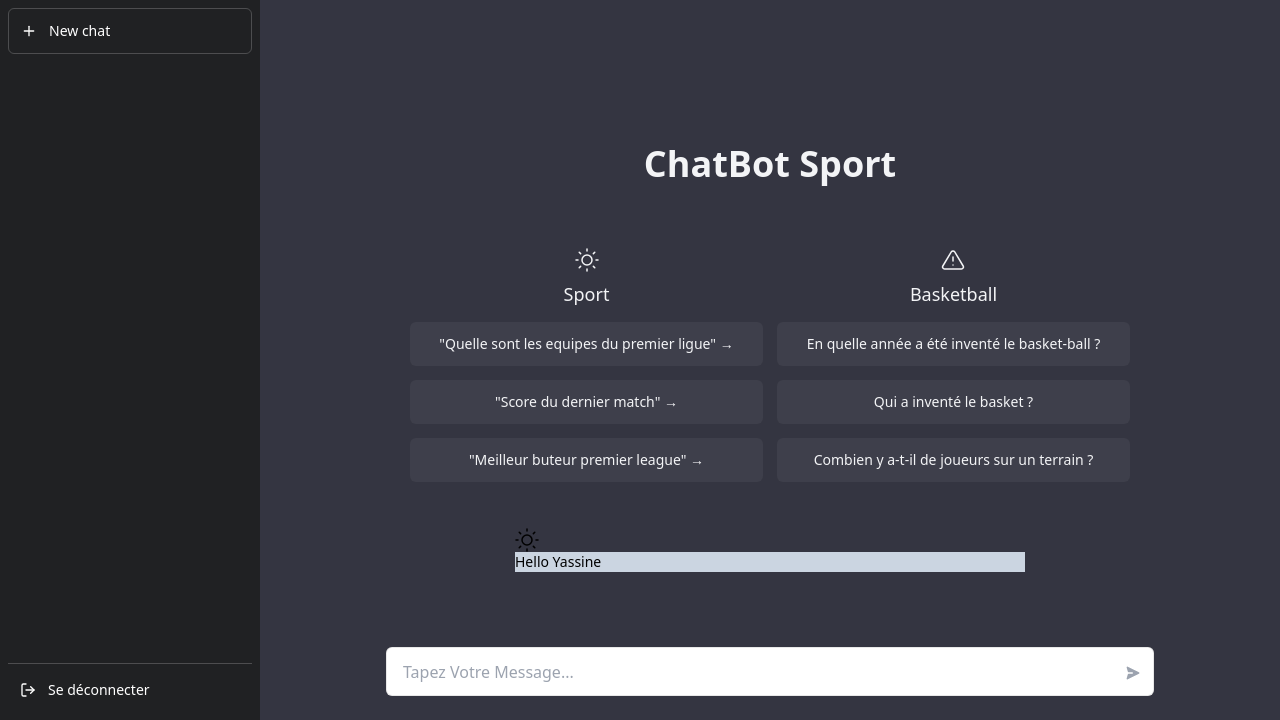
Repository: HaithemBenSlama/chatbot-front
Page: /, after clicking the first element matching `button.sc-gsFSXq`
The author's editor kept a copy of each file at every save. The page is drawn from the files as they stood at one save, then again after the next save.
The browser window is 1280 px wide. The pictures show the whole page.
The project was rebuilt for these pictures with package versions that can differ from the ones it lists, and the page was loaded fresh each time. Also part of the build but not shown: src/constants/svg/lightningChargeIcon.js, src/constants/svg/externalLinkIcon.js, src/constants/svg/discordIcon.js, src/constants/svg/menuIcon.js, src/Components/Login/form-input.css.

Above is the page before, as saved 2023-05-01 22:06:31.

### src/App.js
import React from 'react'
import { LeftSection, RightSection } from './Components/main'
import { useState } from "react"
import Login from './Components/Login/Login';

const App = () => {
  const [isLoggedIn, setIsLoggedIn] = useState(false);
  return (
    <div>
      {isLoggedIn ? (
        <>
        <LeftSection setIsLoggedIn={setIsLoggedIn}/>
        <RightSection/>
        </>
      ) : (
        <Login setIsLoggedIn={setIsLoggedIn}/>
      )}
    </div>
  )
      }
export default App

### src/Components/main/index.js
import LeftSection from "./LeftSection";
import RightSection from "./RightSection";
import Footer from "./Footer";

export {RightSection, LeftSection, Footer}

### src/Components/Login/Login.jsx
import React from "react";
import "./login.css";
import * as Components from './Components';
import   { useState } from 'react';
import { useCookies } from "react-cookie";
import FormInput from "./FormInput";

const Login = ({setIsLoggedIn}) => {
    const [token,setToken]=useCookies(["user-token"]);
    const [signIn, toggle] = React.useState(true);
    const [data, setData] = useState();

    const [values, setValues] = useState({
        username: "",
        password: "",
    });
    const onChange = (e) => {
            setValues({ ...values, [e.target.name]: e.target.value });
    };

    const [valuesCreate, setValuesCreate] = useState({
        username: "",
        city: "",
        email: "",
        password: "",
    });
    const onChangeCreate = (e) => {
        setValuesCreate({ ...valuesCreate, [e.target.name]: e.target.value });
    };
    const handleSubmit = (e) => {
        e.preventDefault();
    };

    const inputs = [
        {
        id: 1,
        name: "username",
        type: "text",
        placeholder: "Username",
        errorMessage:
            "Username should be 3-16 characters and shouldn't include any special character!",
        label: "Username",
        pattern: "^[A-Za-z0-9]{3,16}$",
        required: true,
        },
        {
        id: 2,
        name: "password",
        type: "password",
        placeholder: "Password",
        errorMessage:
            "Password should be 8-20 characters and include at least 1 letter and 1 number!",
        label: "Password",
        pattern: `^(?=.*[0-9])(?=.*[a-zA-Z])[a-zA-Z0-9!@#$%^&*]{8,20}$`,
        required: true,
        },
    ];

    const inputsCreate = [
        {
        id: 1,
        name: "username",
        type: "text",
        placeholder: "Username",
        errorMessage:
            "Username should be 3-16 characters and shouldn't include any special character!",
        label: "Username",
        pattern: "^[A-Za-z0-9]{3,16}$",
        required: true,
        },
        {
            id: 2,
            name: "city",
            type: "text",
            placeholder: "City",
            errorMessage:
                "City name should be 3-16 characters and shouldn't include any special character!",
            label: "City",
            pattern: "^[A-Za-z]{3,16}$",
            required: true,
            },
        {
        id: 3,
        name: "email",
        type: "email",
        placeholder: "Email",
        errorMessage: "It should be a valid email address!",
        label: "Email",
        required: true,
        },
        {
        id: 4,
        name: "password",
        type: "password",
        placeholder: "Password",
        errorMessage:
            "Password should be 8-20 characters and include at least 1 letter and 1 number!",
        label: "Password",
        pattern: `^(?=.*[0-9])(?=.*[a-zA-Z])[a-zA-Z0-9!@#$%^&*]{8,20}$`,
        required: true,
        },
    ];

    const submitLog = async (e) => {
        e.preventDefault()
        const user = {
            username: values.username,
            password: values.password
        };
        const response=await fetch('http://127.0.0.1:8000/user/verif_user_login/', {
            method: 'POST',
            headers: {
                'accept': '*/*',
                'Content-Type':'multipart/form-data; boundary=--------------------------499310528544182401120976',
            },
            body:JSON.stringify(user)
        })
        const responseJson=await response.json();
        setToken("user-token",responseJson.usertoken);
    };

    const submitCreate = async (e) => {

        e.preventDefault()
        const user = {
            username: valuesCreate.username,
            city: valuesCreate.city,
            email: valuesCreate.email,
            password: valuesCreate.password
        };
        const response=await fetch('http://127.0.0.1:8000/user/verif_user/', {
            method: 'POST',
            headers: {
                'accept': '*/*',
                'Content-Type':'multipart/form-data; boundary=--------------------------499310528544182401120976',
            },
            body:JSON.stringify(user)
        })
        const responseJson=await response.json();
        setToken("user-token",responseJson.usertoken);
    };


        return(
            <div className="comp_body"><h1 className="logTitle">ChatBot</h1>
                <Components.Container>
                    <Components.SignUpContainer signinIn={signIn}>
                        <Components.Form  onSubmit={handleSubmit} >
                            <Components.Title>Create Account</Components.Title>
                            {inputsCreate.map((input) => (
                                <FormInput
                                    key={input.id}
                                    {...input}
                                    value={valuesCreate[input.name]}
                                    onChange={onChangeCreate}
                                />
                                ))}
                            <Components.Button onClick={submitCreate}>Sign Up</Components.Button>
                        </Components.Form>
                    </Components.SignUpContainer>

                    <Components.SignInContainer signinIn={signIn}>
                        <Components.Form >
                            <Components.Title>Log in</Components.Title>
                            {inputs.map((input) => (
                                <FormInput
                                    key={input.id}
                                    {...input}
                                    value={values[input.name]}
                                    onChange={onChange}
                                />
                                ))}
                            <Components.Anchor href='#'>Forgot your password?</Components.Anchor>
                            <Components.Button onClick={()=>{setIsLoggedIn(true)}} >Sign In</Components.Button>
                        </Components.Form>
                    </Components.SignInContainer>

                    <Components.OverlayContainer signinIn={signIn}>
                    <Components.Overlay signinIn={signIn}>

                    <Components.LeftOverlayPanel signinIn={signIn}>
                        <Components.Title>Welcome Back!</Components.Title>
                        <Components.Paragraph>
                            To keep connected with us please login with your personal info
                        </Components.Paragraph>
                        <Components.GhostButton onClick={() => toggle(true)}>
                            Sign In
                        </Components.GhostButton>
                        </Components.LeftOverlayPanel>

                        <Components.RightOverlayPanel signinIn={signIn}>
                            <Components.Title>Hello, Friend!</Components.Title>
                            <Components.Paragraph>
                                Enter Your personal details and start journey with us
                            </Components.Paragraph>
                                <Components.GhostButton onClick={() => toggle(false)}>
                                    Sigin Up
                                </Components.GhostButton>
                        </Components.RightOverlayPanel>

                    </Components.Overlay>
                </Components.OverlayContainer>

            </Components.Container>
        </div>
        )
}

export default Login;

### src/Components/main/LeftSection/index.js
import React from "react";
import { LogOutIcon,PlusIcon,} from "../../../constants";

const LeftSection = ({ show = false }) => {
  return (
    <div
      className={`${show && " flex flex-col"} ${
        !show && "hidden"
      } bg-black md:fixed md:inset-y-0 md:flex md:w-[260px] md:flex-col`}
    >
      <div className="flex h-full min-h-0 flex-col ">
        <div className="scrollbar-trigger flex h-full w-full flex-1 items-start border-white/20">
          <nav className="flex h-full flex-1 flex-col space-y-1 p-2">
            <a className="flex py-3 px-3 items-center gap-3 rounded-md hover:bg-gray-500/10 transition-colors duration-200 text-white cursor-pointer text-sm mb-2 flex-shrink-0 border border-white/20">
              <PlusIcon />
              New chat
            </a>
            <div className="flex-col flex-1 overflow-y-auto border-b border-white/20">
              <div className="flex flex-col gap-2 text-gray-100 text-sm">
                {/*  */}
              </div>
            </div>
              <a
                className="flex py-3 px-3 items-center gap-3 rounded-md hover:bg-gray-500/10 transition-colors duration-200 text-white cursor-pointer text-sm"
                href="/Login"
              >
                <LogOutIcon/>
                Se déconnecter
              </a>
          </nav>
        </div>
      </div>
    </div>
  );
};

export default LeftSection;

### src/Components/main/RightSection/index.js
import { CautionIcon, LightningChargeIcon, SunIcon } from "../../../constants";
import Footer from "../Footer";

const RightSection = () => {
  return (
    <div className="flex h-full flex-1 flex-col md:pl-[260px]">
      <main className="relative h-full w-full transition-width flex flex-col overflow-hidden items-stretch flex-1">
        <div className="flex-1 overflow-hidden">
          <div className="flex flex-col items-center text-sm h-full md:h-screen bg-lightBlack">
            <div className="text-gray-800 w-full md:max-w-2xl lg:max-w-3xl md:h-full md:flex md:flex-col px-6">
              <h1 className="text-4xl text-gray-100 font-semibold text-center mt-6 sm:mt-[20vh] ml-auto mr-auto mb-10 sm:mb-16">
                ChatBot Sport
              </h1>
              <div className="md:flex items-start text-center gap-3.5">
                {[
                  {
                    icon: <SunIcon />,
                    title: "Sport",
                    subTitle: [
                      `"Quelle sont les equipes du premier ligue" →`,
                      `"Score du dernier match" →`,
                      `"Meilleur buteur premier league" →`,
                    ],
                    hover: true,
                  },
                  {
                    icon: <CautionIcon />,
                    title: "Basketball",
                    subTitle: [
                      `En quelle année a été inventé le basket-ball ?`,
                      `Qui a inventé le basket ?`,
                      `Combien y a-t-il de joueurs sur un terrain ?`,
                    ],
                    hover: false,
                  },
                ].map((item, index) => (
                  <div
                    className="flex flex-col mb-8 md:mb-auto gap-3.5 flex-1"
                    key={index}
                  >
                    <h2 className="flex gap-3 text-gray-100 items-center m-auto text-lg font-normal md:flex-col md:gap-2">
                      {item.icon}
                      {item.title}
                    </h2>
                    <ul className="flex flex-col gap-3.5 w-full sm:max-w-md m-auto">
                      {item.subTitle.map((subTitle, subTitleIndex) => (
                        <button
                          className={`w-full bg-gray-50 text-gray-100 bg-white/5 p-3 rounded-md ${
                            item.hover
                              ? "hover:bg-gray-200 dark:hover:bg-gray-900 cursor-pointer"
                              : "cursor-text"
                          }`}
                          key={subTitleIndex}
                        >
                          {subTitle}
                        </button>
                      ))}
                    </ul>
                  </div>
                ))}
              </div>
            </div>
            <div className="w-1/2 h-48 flex-shrink-0">
              <span><SunIcon/></span>
              <p className="bg-slate-300">Hello Yassine</p>
            </div>
          </div>
        </div>
        <Footer />
      </main>
    </div>
  );
};

export default RightSection;

### src/Components/main/Footer/index.js
import React from "react";
import { PlaneIcon, UserIcon } from "../../../constants";

const Footer = () => {
  return (
    <div className="absolute bottom-0 left-0 w-full border-t md:border-t-0 dark:border-white/20 md:border-transparent md:dark:border-transparent md:bg-vert-light-gradient bg-gray-800 md:!bg-transparent">
      <form className="mx-2 flex flex-row gap-3 pt-2 last:mb-2 md:last:mb-6 lg:mx-auto lg:max-w-3xl lg:pt-6">
        <div className="relative flex h-full flex-1 md:flex-col">
          <div className="ml-1 mt-1.5 md:w-full md:m-auto md:flex md:mb-2 gap-2 justify-center">
            <div className="text-gray-100 p-1 md:hidden">
              <UserIcon />
            </div>
          </div>
          {/* Input */}
          <div className="flex flex-col w-full py-2 pl-3 flex-grow md:py-3 md:pl-4 relative border border-black/10 bg-white dark:border-gray-900/50 dark:text-white rounded-md bg-[rgba(64,65,79,var(--tw-bg-opacity))]">
            <textarea
              tabIndex="0"
              data-id="root"
              rows="1"
              placeholder="Tapez Votre Message..."
              className="m-0 w-full resize-none border-0 bg-transparent p-0 pr-7 focus:ring-0 focus-visible:ring-0 dark:bg-transparent outline-none overflow-y-hidden h-[23px]"
            ></textarea>
            <button className="absolute p-1 rounded-md text-gray-400 bottom-1.5 right-1 md:bottom-2.5 md:right-2 hover:bg-black">
              <PlaneIcon />
            </button>
          </div>
        </div>
      </form>
    </div>
  );
};

export default Footer;

### src/Components/Login/login.css
* {
    box-sizing: border-box;
}

.comp_body {
    background: #f6f5f7;
    display: flex;
    justify-content: center;
    align-items: center;
    flex-direction: column;
    font-family: "Montserrat", sans-serif;
    height: 100vh;
    margin: -20px 0 50px;
}
.logTitle {
    font-size: 3rem;
    font-weight: 600;
    text-align: center;
    margin-bottom: 2rem;
    color: #038c7a;
    text-shadow: 2px 2px 0px #f2f2f2, -2px -2px 0px #f2f2f2, 2px -2px 0px #f2f2f2, -2px 2px 0px #f2f2f2;
    text-transform: uppercase;
    letter-spacing: 3px;
    line-height: 1;
    position: relative;
}
.logTitle:before{
    content: "";
    width: 100%;
    height: 1px;
    position: absolute;
    bottom: -0.5rem;
    left: 0;
    background-color: #5c5c5c;
}

### src/Components/Login/Components.js
import styled from 'styled-components';

export const Container = styled.div`
background-color: #fff;
border-radius: 10px;
box-shadow: 0 14px 28px rgba(0, 0, 0, 0.25), 0 10px 10px rgba(0, 0, 0, 0.22);
position: relative;
overflow: hidden;
width: 678px;
max-width: 100%;
min-height: 450px;
`;

export const SignUpContainer = styled.div`
position: absolute;
top: 0;
height: 100%;
transition: all 0.6s ease-in-out;
left: 0;
width: 50%;
opacity: 0;
z-index: 1;
${props => props.signinIn !== true ? `
    transform: translateX(100%);
    opacity: 1;
    z-index: 5;
`
: null}
`;


export const SignInContainer = styled.div`
position: absolute;
top: 0;
height: 100%;
transition: all 0.6s ease-in-out;
left: 0;
width: 50%;
z-index: 2;
${props => (props.signinIn !== true ? `transform: translateX(100%);` : null)}
`;

export const Form = styled.div`
background-color: #ffffff;
display: flex;
align-items: center;
justify-content: center;
flex-direction: column;
padding: 0 50px;
height: 100%;
text-align: center;
`;

export const Title = styled.h1`
font-weight: bold;
margin-bottom: 15px;
`;

export const Input = styled.input`
background-color: #eee;
border: none;
padding: 12px 15px;
margin: 8px 0;
width: 100%;
`;


export const Button = styled.button`
    border-radius: 20px;
    border: 1px solid #1775d2;
    background-color: #1775d2;
    color: #ffffff;
    font-size: 12px;
    font-weight: bold;
    padding: 12px 45px;
    letter-spacing: 1px;
    text-transform: uppercase;
    transition: transform 80ms ease-in;
    &:active{
        transform: scale(0.95);
    }
    &:focus {
        outline: none;
    }
`;
export const GhostButton = styled(Button)`
background-color: transparent;
border-color: #ffffff;
`;

export const Anchor = styled.a`
color: #333;
font-size: 14px;
text-decoration: none;
margin: 15px 0;
`;
export const OverlayContainer = styled.div`
position: absolute;
top: 0;
left: 50%;
width: 50%;
height: 100%;
overflow: hidden;
transition: transform 0.6s ease-in-out;
z-index: 100;
${props =>
props.signinIn !== true ? `transform: translateX(-100%);` : null}
`;

export const Overlay = styled.div`
background: #1775d2;
background: -webkit-linear-gradient(to right, #1775d2, #25b579);
background: linear-gradient(to right, #1775d2,#1775d2);
background-repeat: no-repeat;
background-size: cover;
background-position: 0 0;
color: #ffffff;
position: relative;
left: -100%;
height: 100%;
width: 200%;
transform: translateX(0);
transition: transform 0.6s ease-in-out;
${props => (props.signinIn !== true ? `transform: translateX(50%);` : null)}
`;

export const OverlayPanel = styled.div`
    position: absolute;
    display: flex;
    align-items: center;
    justify-content: center;
    flex-direction: column;
    padding: 0 40px;
    text-align: center;
    top: 0;
    height: 100%;
    width: 50%;
    transform: translateX(0);
    transition: transform 0.6s ease-in-out;
`;

export const LeftOverlayPanel = styled(OverlayPanel)`
transform: translateX(-20%);
${props => props.signinIn !== true ? `transform: translateX(0);` : null}
`;

export const RightOverlayPanel = styled(OverlayPanel)`
    right: 0;
    transform: translateX(0);
    ${props => props.signinIn !== true ? `transform: translateX(20%);` : null}
`;

export const Paragraph = styled.p`
font-size: 14px;
font-weight: 100;
line-height: 20px;
letter-spacing: 0.5px;
margin: 20px 0 30px
`;

### src/Components/Login/FormInput.jsx
import { useState } from "react";
import "./form-input.css";

const FormInput = (props) => {
const [focused, setFocused] = useState(false);
const { label, errorMessage, onChange, id, ...inputProps } = props;

const handleFocus = (e) => {
    setFocused(true);
};

return (
    <div className="formInput">
    <input className="inputAuth"
        {...inputProps}
        onChange={onChange}
        onBlur={handleFocus}
        onFocus={() =>
        inputProps.name === "confirmPassword" && setFocused(true)
        }
        focused={focused.toString()}
    />
    <span className="spanAuth">{errorMessage}</span>
    </div>
);
};

export default FormInput;

### src/constants/index.js
import SunIcon from "./svg/sunIcon";
import LightningChargeIcon from "./svg/lightningChargeIcon";
import CautionIcon from "./svg/cautionIcon";
import PlaneIcon from "./svg/planeIcon";
import PlusIcon from "./svg/plusIcon";
import ExternalLinkIcon from "./svg/externalLinkIcon";
import DiscordIcon from "./svg/discordIcon";
import LogOutIcon from "./svg/logOutIcon";
import MenuIcon from "./svg/menuIcon";
import UserIcon from "./svg/userIcon";

export {
  SunIcon,
  LightningChargeIcon,
  CautionIcon,
  PlaneIcon,
  PlusIcon,
  DiscordIcon,
  ExternalLinkIcon,
  LogOutIcon,
  MenuIcon,
  UserIcon,
};

### src/constants/svg/sunIcon.js
import React from "react";

const SunIcon = ({ className = "h-6 w-6", strokeWidth = "1.5" }) => {
  return (
    <svg
      stroke="currentColor"
      fill="none"
      strokeWidth={strokeWidth}
      viewBox="0 0 24 24"
      strokeLinecap="round"
      strokeLinejoin="round"
      className={className}
      height="1em"
      width="1em"
      xmlns="http://www.w3.org/2000/svg"
    >
      <circle cx="12" cy="12" r="5"></circle>
      <line x1="12" y1="1" x2="12" y2="3"></line>
      <line x1="12" y1="21" x2="12" y2="23"></line>
      <line x1="4.22" y1="4.22" x2="5.64" y2="5.64"></line>
      <line x1="18.36" y1="18.36" x2="19.78" y2="19.78"></line>
      <line x1="1" y1="12" x2="3" y2="12"></line>
      <line x1="21" y1="12" x2="23" y2="12"></line>
      <line x1="4.22" y1="19.78" x2="5.64" y2="18.36"></line>
      <line x1="18.36" y1="5.64" x2="19.78" y2="4.22"></line>
    </svg>
  );
};

export default SunIcon;

### src/constants/svg/cautionIcon.js
import React from "react";

const CautionIcon = () => {
  return (
    <svg
      stroke="currentColor"
      fill="none"
      strokeWidth="1.5"
      viewBox="0 0 24 24"
      strokeLinecap="round"
      strokeLinejoin="round"
      className="h-6 w-6"
      height="1em"
      width="1em"
      xmlns="http://www.w3.org/2000/svg"
    >
      <path d="M10.29 3.86L1.82 18a2 2 0 0 0 1.71 3h16.94a2 2 0 0 0 1.71-3L13.71 3.86a2 2 0 0 0-3.42 0z"></path>
      <line x1="12" y1="9" x2="12" y2="13"></line>
      <line x1="12" y1="17" x2="12.01" y2="17"></line>
    </svg>
  );
};

export default CautionIcon;

### src/constants/svg/planeIcon.js
import React from "react";

const PlaneIcon = () => {
  return (
    <svg
      stroke="currentColor"
      fill="currentColor"
      strokeWidth="0"
      viewBox="0 0 20 20"
      className="h-4 w-4 rotate-90"
      height="1em"
      width="1em"
      xmlns="http://www.w3.org/2000/svg"
    >
      <path d="M10.894 2.553a1 1 0 00-1.788 0l-7 14a1 1 0 001.169 1.409l5-1.429A1 1 0 009 15.571V11a1 1 0 112 0v4.571a1 1 0 00.725.962l5 1.428a1 1 0 001.17-1.408l-7-14z"></path>
    </svg>
  );
};

export default PlaneIcon;

### src/constants/svg/plusIcon.js
import React from "react";

const PlusIcon = ({ className = "h-4 w-4" }) => {
  return (
    <svg
      stroke="currentColor"
      fill="none"
      strokeWidth="2"
      viewBox="0 0 24 24"
      strokeLinecap="round"
      strokeLinejoin="round"
      className={className}
      height="1em"
      width="1em"
      xmlns="http://www.w3.org/2000/svg"
    >
      <line x1="12" y1="5" x2="12" y2="19"></line>
      <line x1="5" y1="12" x2="19" y2="12"></line>
    </svg>
  );
};

export default PlusIcon;

### src/constants/svg/logOutIcon.js
import React from "react";

const LogOutIcon = () => {
  return (
    <svg
      stroke="currentColor"
      fill="none"
      strokeWidth="2"
      viewBox="0 0 24 24"
      strokeLinecap="round"
      strokeLinejoin="round"
      className="h-4 w-4"
      height="1em"
      width="1em"
      xmlns="http://www.w3.org/2000/svg"
    >
      <path d="M9 21H5a2 2 0 0 1-2-2V5a2 2 0 0 1 2-2h4"></path>
      <polyline points="16 17 21 12 16 7"></polyline>
      <line x1="21" y1="12" x2="9" y2="12"></line>
    </svg>
  );
};

export default LogOutIcon;

### src/constants/svg/userIcon.js
import React from "react";

const UserIcon = () => {
  return (
    <svg
      xmlns="http://www.w3.org/2000/svg"
      fill="none"
      viewBox="0 0 24 24"
      strokeWidth={1.5}
      stroke="currentColor"
      className="w-6 h-6"
    >
      <path
        strokeLinecap="round"
        strokeLinejoin="round"
        d="M15.75 6a3.75 3.75 0 11-7.5 0 3.75 3.75 0 017.5 0zM4.501 20.118a7.5 7.5 0 0114.998 0A17.933 17.933 0 0112 21.75c-2.676 0-5.216-.584-7.499-1.632z"
      />
    </svg>
  );
};

export default UserIcon;

### tailwind.config.js
/** @type {import('tailwindcss').Config} */
module.exports = {
  content: ["./src/**/*.{js,jsx,ts,tsx}"],
  theme: {
    extend: {
      colors: {
        black: "#202123",
        lightBlack: "#343541",
      },
    },
  },
  plugins: [],
};

Loaded but not shown: public/index.html (common file); src/index.js (common file); src/index.css (common file)

After the next save:
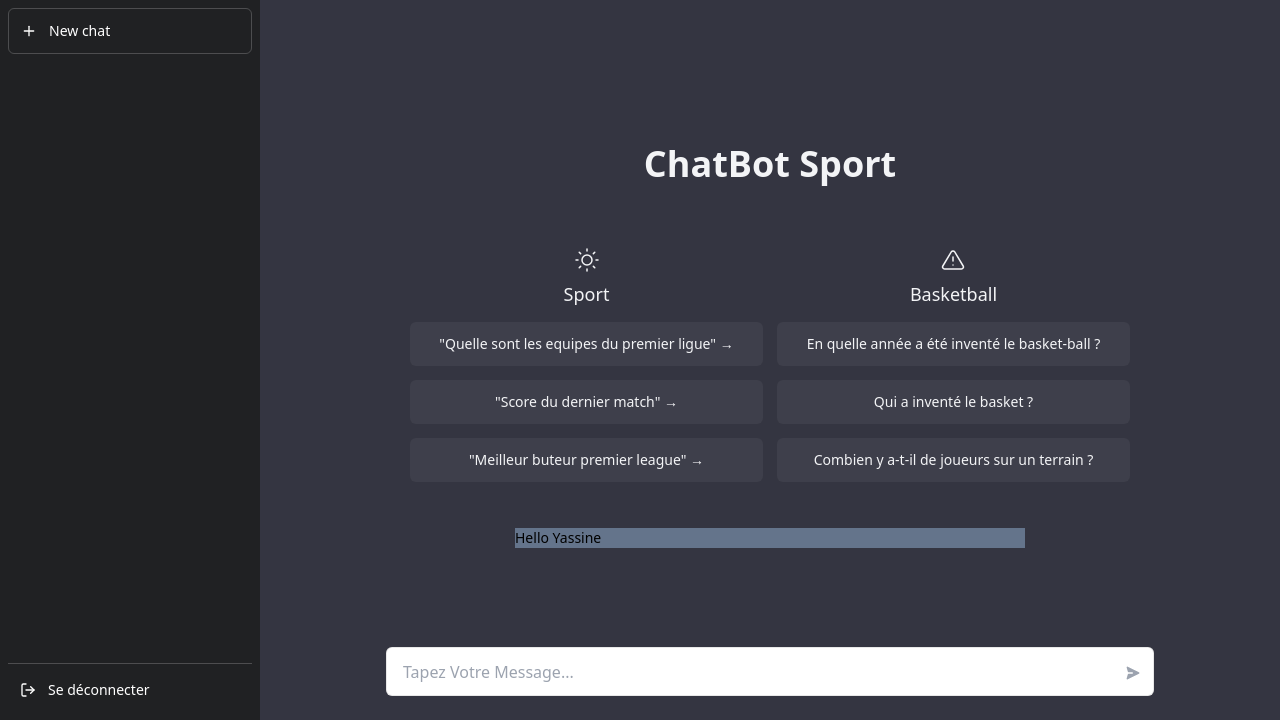
Saved 23 s later.
--- a/src/Components/main/RightSection/index.js
+++ b/src/Components/main/RightSection/index.js
@@ -61,8 +61,7 @@ const RightSection = () => {
               </div>
             </div>
             <div className="w-1/2 h-48 flex-shrink-0">
-              <span><SunIcon/></span>
-              <p className="bg-slate-300">Hello Yassine</p>
+              <p className="bg-slate-500">Hello Yassine</p>
             </div>
           </div>
         </div>
